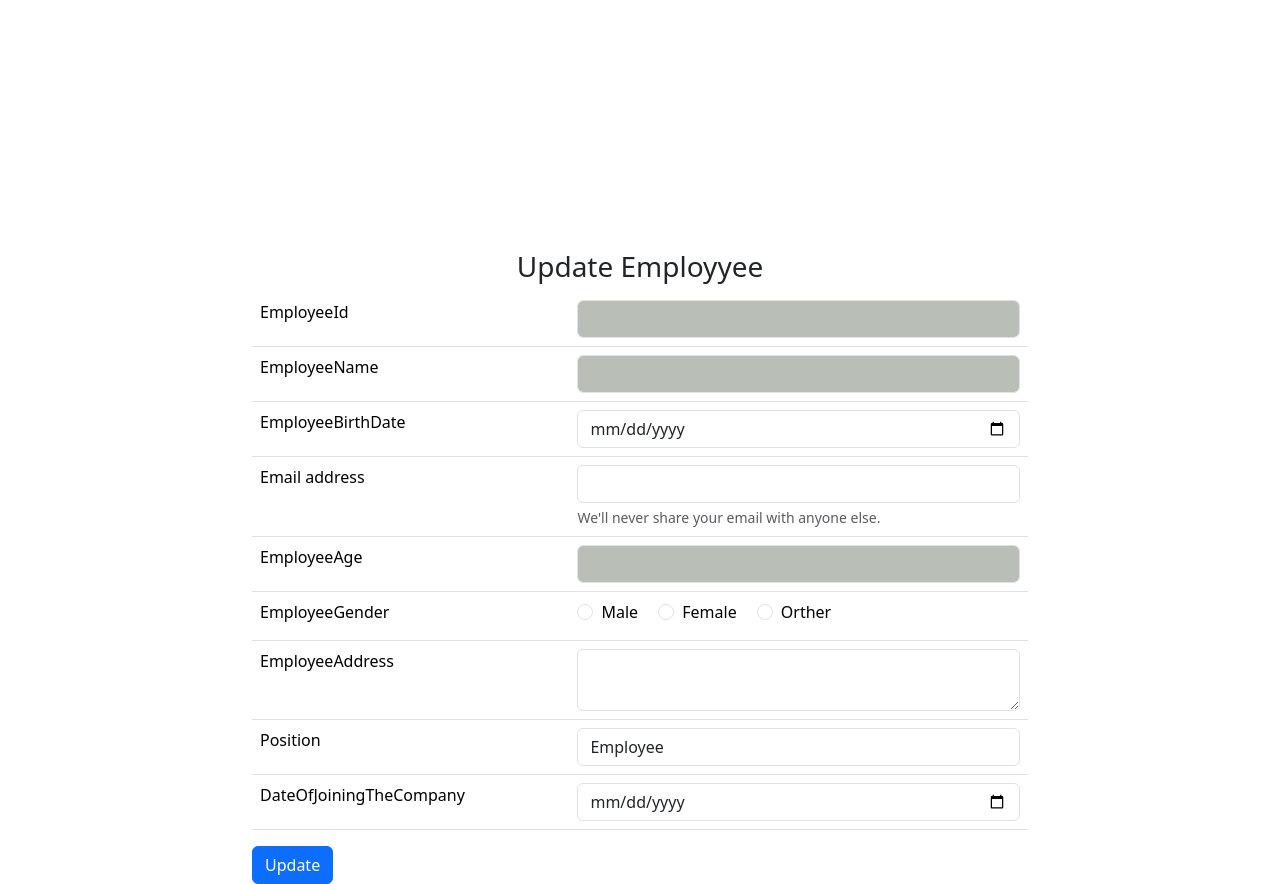
Repository: tranhuuan1703/BaiTapServlet
Page: http://localhost/bai_tap_jsp_servlet/views/Edit.jsp
These files come from the project's save history. The page is drawn as it stood at one moment and after the next save; the edit follows.
The browser window is 1280 px wide. The pictures show the whole page.
Some web libraries are served in a nearby version. The page is served by Tomcat 9. Other server files are loaded and not shown.

Above is the page before, as saved 2024-08-11 15:07:03.

### bai_tap_jsp_servlet/bai_tap_jsp_servlet/src/main/webapp/views/Edit.jsp
<%@ page language="java" contentType="text/html; charset=UTF-8"
   pageEncoding="UTF-8"%>
<!DOCTYPE html>
<html>
   <head>
      <meta charset="UTF-8">
      <title>Insert title here</title>
      <link href="https://cdn.jsdelivr.net/npm/bootstrap@5.3.3/dist/css/bootstrap.min.css"
         rel="stylesheet"
         integrity="sha384-QWTKZyjpPEjISv5WaRU9OFeRpok6YctnYmDr5pNlyT2bRjXh0JMhjY6hW+ALEwIH"
         crossorigin="anonymous">
      <script src="https://cdn.jsdelivr.net/npm/bootstrap@5.3.3/dist/js/bootstrap.bundle.min.js"
         integrity="sha384-YvpcrYf0tY3lHB60NNkmXc5s9fDVZLESaAA55NDzOxhy9GkcIdslK1eN7N6jIeHz"
         crossorigin="anonymous"></script>
      <script src="https://cdnjs.cloudflare.com/ajax/libs/moment.js/2.24.0/moment.min.js"></script>
		<script src="https://code.jquery.com/jquery-3.4.1.min.js"></script>
   </head>
   <body>
      <div class="container" style="margin-top:250px; width:800px">
      <center><h3>Update Employyee</h3></center>
         <form id="updateForm" action="updateEmployeeController" method="get">
            <table class="table">
              <tr>
	               <td><label for="nameEmployee" class="form-label">EmployeeId</label></td>
	                  <td>
	                     <input type="text" class="form-control" id="custId" aria-describedby="emailHelp" value="${employeeInfo.employeeId}" name="Id" readonly style="text-align: center; background-color: #b9beb7;">
	                  </td>
	               </tr>

              </tr>
               <tr>
                  <td><label for="nameEmployee" class="form-label">EmployeeName</label></td>
                  <td>
                     <input type="text" class="form-control" id="nameEmployee" aria-describedby="emailHelp" value="${employeeInfo.employeeName}" name="nameEmployee" style="text-align: center; background-color: #b9beb7;" readonly>
                  </td>
               </tr>
               <tr>
                  <td><label for="birthDayEmployee" class="form-label">EmployeeBirthDate</label></td>
                  <td>
                     <input type="date" class="form-control" id="birthDayEmployee" name="birthDayEmployee" value="${employeeInfo.employeBirthDay}" required="required">
                  </td>
               </tr>
               <tr>
                  <td><label for="emailEmployee" class="form-label">Email address</label></td>
                  <td>
                     <input type="email" class="form-control" id="emailEmployee" aria-describedby="emailHelp" name="emailEmployee" value="${employeeInfo.emailEmployee}" style="text-align: center;">
                     <div id="emailHelp" class="form-text">We'll never share your email with anyone else.</div>
                  </td>
               </tr>
               <tr>
                  <td><label for="ageEmployee" class="form-label">EmployeeAge</label></td>
                  <td>
                     <input type="number" class="form-control" id="ageEmployee" aria-describedby="emailHelp" name="ageEmployee" value="${employeeInfo.employeeAge}" style="text-align: center; background-color: #b9beb7;">
                  </td>
               </tr>
               <tr>
                  <td><label for="inlineRadio1" class="form-label">EmployeeGender</label></td>
                  <td>
                     <div class="form-check form-check-inline">
                        <input class="form-check-input" type="radio" name="inlineRadioOptions" id="inlineRadio1" value="male" ${employeeInfo.employeeGender == 'male' ? 'checked' : ''} style="text-align: center;">
                        <label class="form-check-label" for="inlineRadio1">Male</label>
                     </div>
                     <div class="form-check form-check-inline">
                        <input class="form-check-input" type="radio" name="inlineRadioOptions" id="inlineRadio2" value="female" ${employeeInfo.employeeGender == 'female' ? 'checked' : ''} >
                        <label class="form-check-label" for="inlineRadio2">Female</label>
                     </div>
                     <div class="form-check form-check-inline">
                        <input class="form-check-input" type="radio" name="inlineRadioOptions" id="inlineRadio3" value="orther" ${employeeInfo.employeeGender == 'orther' ? 'checked' : ''}>
                        <label class="form-check-label" for="inlineRadio3">Orther</label>
                     </div>
                  </td>
               </tr>
               <tr>
                  <td><label for="addressEmployee" class="form-label">EmployeeAddress</label></td>
                  <td>
                     <textarea  class="form-control" id="addressEmployee" aria-describedby="emailHelp" name="addressEmployee">${employeeInfo.employeeAddress}</textarea>
                  </td>
               </tr>
               <tr>
                  <td><label for="exampleInputEmail1" class="form-label">Position</label></td>
                  <td>
                     <select class="form-control" id="selection" name="position">
                        <option value="employee" ${employeeInfo.position == 'employee' ? 'selected' : ''}>Employee</option>
                        <option value="boss" ${employeeInfo.position == 'boss' ? 'selected' : ''}>Boss</option>
                     </select>
                  </td>
               </tr>
               <tr>
                  <td><label for="dateJoiningBirthday" class="form-label">DateOfJoiningTheCompany</label></td>
                  <td>
                     <input type="date" class="form-control" id="dateJoiningCompany" name="dateJoiningCompany" value="${employeeInfo.employeeDateOfJoiningTheCompany}" required="required">

                  </td>
               </tr>
            </table>
            <button type="submit" class="btn btn-primary">Update</button>
         </form>
      </div>
   </body>
   <script>
 /*  $("#birthDayEmployee, #dateJoiningBirthday").blur(function(){
	    const dateValue = new Date($(this).val());

	    if (isNaN(dateValue)) {
	        return '';
	    }

	    const day = String(dateValue.getDate()).padStart(2, '0');
	    const month = String(dateValue.getMonth() + 1).padStart(2, '0');
	    const year = dateValue.getFullYear();

	    var text = day + "/" + month + "/" + year;
	    $(this).attr("type","text");
	    $(this).val(text);
	});*/

 $("#dateJoiningBirthday").blur(function(){
	    const dateValue = new Date($(this).val());

	    if (isNaN(dateValue)) {
	        return '';
	    }

	    const day = String(dateValue.getDate()).padStart(2, '0');
	    const month = String(dateValue.getMonth() + 1).padStart(2, '0');
	    const year = dateValue.getFullYear();

	    var text = day + "/" + month + "/" + year;
	    $(this).attr("type","text");
	    $(this).val(text);
});

/*$("#dateJoiningCompany").blur(function(){
    const dateValue = new Date($(this).val());

    if (isNaN(dateValue)) {
        return '';
    }

    const day = String(dateValue.getDate()).padStart(2, '0');
    const month = String(dateValue.getMonth() + 1).padStart(2, '0');
    const year = dateValue.getFullYear();

    var text = year + "-" + month + "-" + day;
    $(this).attr("type","text");
    $(this).val(text);
});
*/
 $("#birthDayEmployee").blur(function(){

 	var date1 = new Date();

 	var values = $(this).val();
 	var yeard = parseInt(values.substr(0, 4));
 	console.log(yeard);
 	currentYear = date1.getFullYear();

 	age = currentYear - yeard;
 	$("#ageEmployee").val(age);
 });

/* $("#updateForm").submit(function(){

 	$("#ageEmployee").disabled = false;


 })*/




 $("form").on('submit', function(){
	 //$("#ageEmployee").disabled = false;
	  var isConfirmed = confirm("Bạn chắc muốn thay đổi?");

	  if (!isConfirmed){
		  event.preventDefault();
	  }
 })


// Lấy ngày hiện tại
    var today = new Date().toISOString().split('T')[0];
    // Đặt giá trị max của input là ngày hiện tại
    document.getElementById('dateJoiningCompany').setAttribute('max', today);
    // Thiết lập giá trị max là ngày hiện tại
    document.getElementById('dateJoiningCompany').max = new Date().toISOString().split("T")[0];


   </script>
</html>

After the next save:
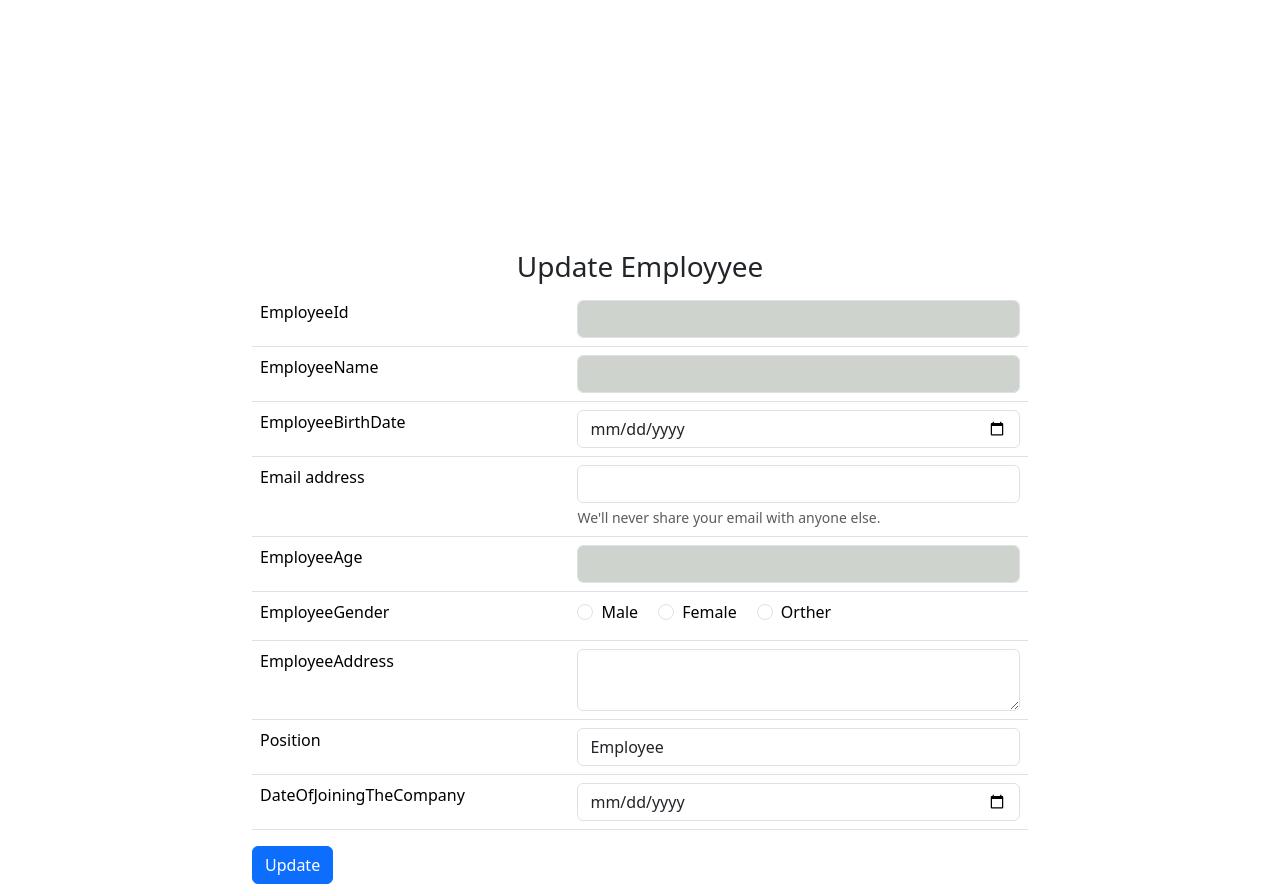
Saved 3 min 14 s later.
--- a/bai_tap_jsp_servlet/bai_tap_jsp_servlet/src/main/webapp/views/Edit.jsp
+++ b/bai_tap_jsp_servlet/bai_tap_jsp_servlet/src/main/webapp/views/Edit.jsp
@@ -23,7 +23,7 @@
               <tr>
 	               <td><label for="nameEmployee" class="form-label">EmployeeId</label></td>
 	                  <td>
-	                     <input type="text" class="form-control" id="custId" aria-describedby="emailHelp" value="${employeeInfo.employeeId}" name="Id" readonly style="text-align: center; background-color: #b9beb7;">
+	                     <input type="text" class="form-control" id="custId" aria-describedby="emailHelp" value="${employeeInfo.employeeId}" name="Id" readonly style="text-align: center; background-color: #cfd3ce;">
 	                  </td>
 	               </tr>
 
@@ -31,7 +31,7 @@
                <tr>
                   <td><label for="nameEmployee" class="form-label">EmployeeName</label></td>
                   <td>
-                     <input type="text" class="form-control" id="nameEmployee" aria-describedby="emailHelp" value="${employeeInfo.employeeName}" name="nameEmployee" style="text-align: center; background-color: #b9beb7;" readonly>
+                     <input type="text" class="form-control" id="nameEmployee" aria-describedby="emailHelp" value="${employeeInfo.employeeName}" name="nameEmployee" style="text-align: center; background-color: #cfd3ce;" readonly>
                   </td>
                </tr>
                <tr>
@@ -50,7 +50,7 @@
                <tr>
                   <td><label for="ageEmployee" class="form-label">EmployeeAge</label></td>
                   <td>
-                     <input type="number" class="form-control" id="ageEmployee" aria-describedby="emailHelp" name="ageEmployee" value="${employeeInfo.employeeAge}" style="text-align: center; background-color: #b9beb7;">
+                     <input type="number" class="form-control" id="ageEmployee" aria-describedby="emailHelp" name="ageEmployee" value="${employeeInfo.employeeAge}" style="text-align: center; background-color: #cfd3ce;">
                   </td>
                </tr>
                <tr>
